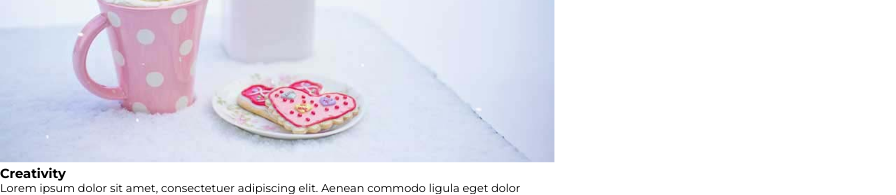
Repository: giahuy405/Bake
Page: index.html
An editor plug-in stored every save of this project. The page is shown before and after the next save, followed by the edit.
The browser window is 1280 px wide. The pictures show the part of the page from y = 1174 to 3094 px (the page is 1452 px tall before and 3094 px after), at 70% of full size.

Above is the page before, as saved 2022-09-13 15:11:36.

After the next save:
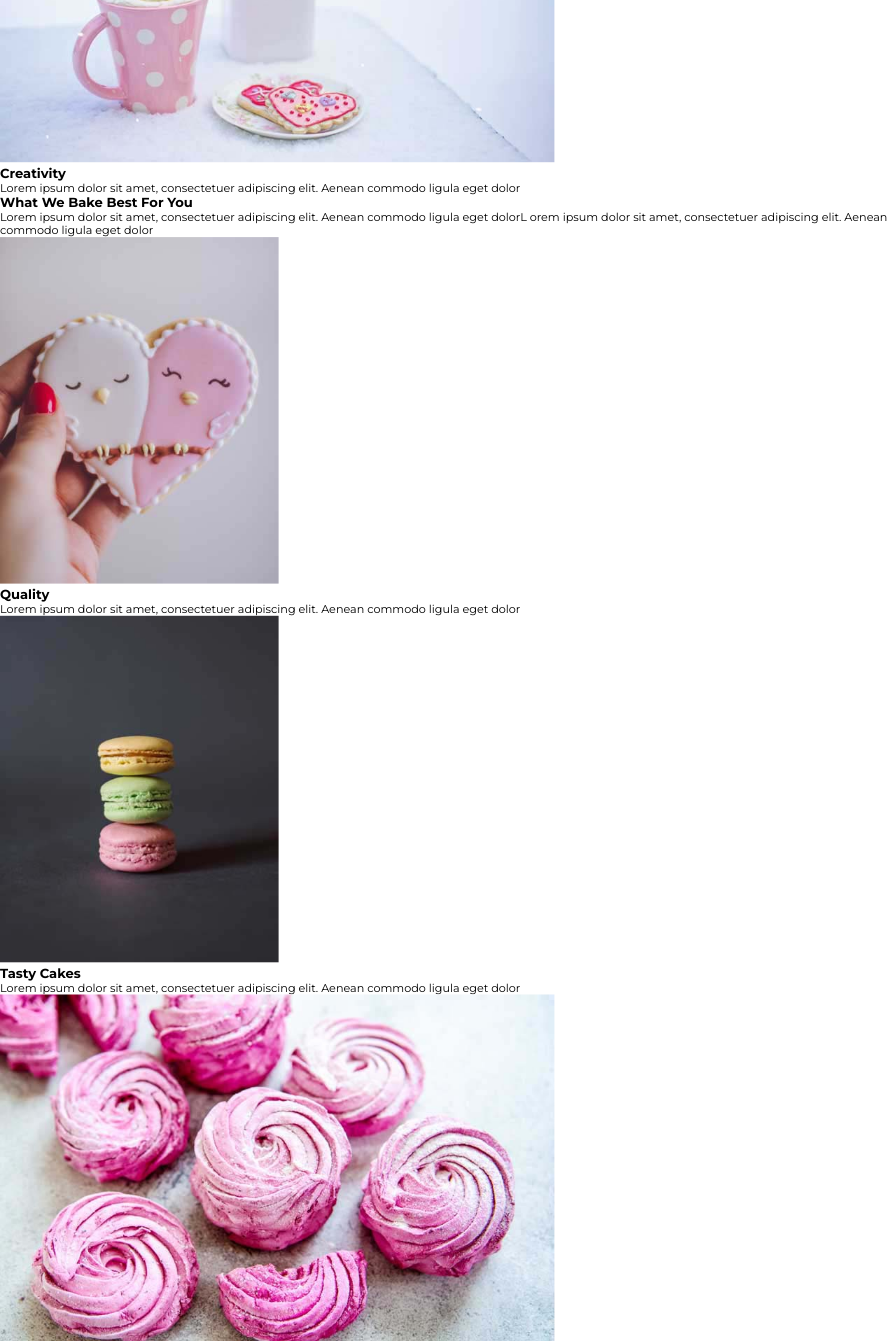
Saved 75 s later.
--- a/index.html
+++ b/index.html
@@ -46,27 +46,31 @@
             <div class="intro__item">
                 <div class="intro__content">
                     <h3>Creativity</h3>
-                        <p>Lorem ipsum dolor sit amet, consectetuer adipiscing elit. Aenean commodo ligula eget dolor</p>
+                    <p>Lorem ipsum dolor sit amet, consectetuer adipiscing elit. Aenean commodo ligula eget dolor</p>
 
                 </div>
             </div>
             <div class="intro__item">
-
+                <h3>What We Bake Best For You</h3>
+                <p>Lorem ipsum dolor sit amet, consectetuer adipiscing elit. Aenean commodo ligula eget dolorL orem ipsum dolor sit amet, consectetuer adipiscing elit. Aenean commodo ligula eget dolor</p>
             </div>
             <div class="intro__item">
-
+                <img src="./img/ab2.jpg" alt="">
             </div>
             <div class="intro__item">
-
+                <h3>Quality</h3>
+                <p>Lorem ipsum dolor sit amet, consectetuer adipiscing elit. Aenean commodo ligula eget dolor</p>
             </div>
             <div class="intro__item">
-
+                <img src="./img/ab3.jpg" alt="">
             </div>
             <div class="intro__item">
-
+                <h3>
+                    Tasty Cakes</h3>
+                <p>Lorem ipsum dolor sit amet, consectetuer adipiscing elit. Aenean commodo ligula eget dolor</p>
             </div>
             <div class="intro__item">
-
+                <img src="./img/ab4.jpg" alt="">
             </div>
         </section>
 </body>
